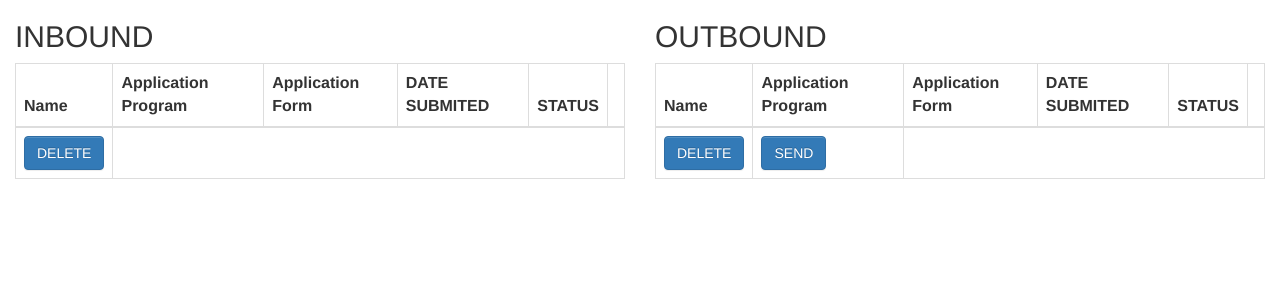
Repository: eunminhansoo/Oirp
Page: http://localhost/administrator.php
These files come from the project's save history. The page is drawn as it stood at one moment and after a run of saves; the edit follows.
The browser window is 1280 px wide. The pictures show the whole page.
The page is run by PHP 8.4 with error messages shown; the project is at /var/www/html/. Queries for data that is not in the repository find no rows.

Above is the page before, as saved 2018-03-26 09:17:30.
Console error (its wording comes from the project's code and is left out).

### OIRP_WEB/administrator.php
<?php
    include 'database_connection.php';
    //$sql_query = "SELECT * FROM student INNER JOIN educ_background_inbound ON student.STUDENT_ID = educ_background_inbound.STUDENT_ID";
    $sql_query = "SELECT * FROM admin_student_data a INNER JOIN student b ON a.STUDENT_ID = b.STUDENT_ID INNER JOIN educ_background_inbound c ON b.STUDENT_ID = c.STUDENT_ID";
    $query = mysqli_query($conn, $sql_query);

    $sql_query1 = "SELECT * FROM student INNER JOIN proposed_field_study ON student.STUDENT_ID = proposed_field_study.STUDENT_ID";
    $query1 = mysqli_query($conn, $sql_query1);

    $sql_query_in = "SELECT * FROM admin_student_data a INNER JOIN student b ON a.STUDENT_ID = b.STUDENT_ID INNER JOIN proposed_field_study c ON b.STUDENT_ID = c.STUDENT_ID";

    if(isset($_POST['delete_inbound'])){
    	$checkbox = $_POST['cb_single'];
    	for($i = 0 ; $i <count($checkbox);$i++){
    		$del_check = $checkbox[$i];
    		$query = mysqli_query($conn, "DELETE FROM student WHERE PROJECT_NAME = '$del_check'");
    	}
    	if($query){
    		 echo "<meta http-equiv=\"refresh\" content=\"0;URL=administrator.php\">";
    	}
    }

?>
<html>
    <head>
        <meta http-equiv="Content-Type" content="text/html; charset=UTF-8">
		<meta name="viewport" content="width = device-width, initial-scale = 1">
        <link rel="stylesheet" type="text/css" href="bootstrap-3.3.7-dist/css/bootstrap-theme.min.css">
        <link rel="stylesheet" type="text/css" href="bootstrap-3.3.7-dist/css/bootstrap-theme.css">
        <link rel="stylesheet" type="text/css" href="bootstrap-3.3.7-dist/css/bootstrap.min.css">
        <link rel="stylesheet" type="text/css" href="bootstrap-3.3.7-dist/css/bootstrap.css">
        <link rel="icon" href="img/ust.png" type="image/png" sizes="196x196">
    </head>
    <body>
        <script src="bootstrap-3.3.7-dist/js/bootstrap.min.js"></script>
		<script src="bootstrap-3.3.7-dist/js/jquery-3.3.1.min.js"></script>
        <script src="bootstrap-3.3.7-dist/js/jquery-3.3.1.min.js"></script>
        <div class="">
            <div class="col-xs-6">
                <h2>INBOUND</h2>
                <div class="table-responsive">
                    <table class="table table-striped table-bordered table-hover" id="tbl_student_in" >
                        <thead>
                            <tr>
                                <th>Name</th>
                                <th>Application Program</th>
                                <th>Application Form</th>
                                <th>DATE SUBMITED</th>
                                <th>STATUS</th>
                                <th></th>
                            </tr>
                        </thead>
                        <tfoot>
                        	<tr>
		                        <th><button type="submit" name="delete_inbound" class="btn btn-primary" >DELETE</button></th>
	                        </tr>
                        </tfoot>
                        <tbody>
                            <?php while($row = mysqli_fetch_array($query)){
                                $studentID = $row['STUDENT_ID'];
                                $fullname = $row['FAMILY_NAME'].", ".$row['GIVEN_NAME']." ".$row['MIDDLE_NAME'];
                                $ddate = $row['DATE_ENROLL'];
                                $date = new DateTime($ddate);
		                        $resultdate = $date->format('F j, Y,');
                            ?>
                            <tfoot>
                            <tr>
                                <td><?php echo "<a href=admin_student_application.php?studentName=".urlencode($studentID).">".$fullname."</a>" ?></td>
                                <td><?php echo $row['APPLICATION_PROG']; ?></td>
                                <td><?php echo $row['APPLICATION_TYPE_PROG'].": ".$row['APPLICATION_FORM']; ?></td>
                                <td><?php echo $resultdate ?></td>
                                <td></td>
                                <td><form method="post" ><input type="checkbox" name="cb_num[]" value="<?php $studentID ?> " ></form></td>
                            </tr>
                        <?php } ?>
                        </tfoot>
                        </tbody>
                    </table>
                </div>
            </div>
            <div class="col-xs-6">
                <h2>OUTBOUND</h2>
                <div class="table-responsive">
                    <table class="table table-striped table-bordered table-hover" id="tbl_student_in" >
                        <thead>
                            <tr>
                                <th>Name</th>
                                <th>Application Program</th>
                                <th>Application Form</th>
                                <th>DATE SUBMITED</th>
                                <th>STATUS</th>
                                <th></th>
                            </tr>
                        </thead>
                        <tfoot>
                        	<tr>
		                        <th><button type="submit" name="delete_outbound" class="btn btn-primary" >DELETE</button></th>
		                        <th><button type="submit" name="send_outbound" class="btn btn-primary">SEND</button></th>
	                        </tr>
                        </tfoot>
                        <tbody>
                            <?php while($row1 = mysqli_fetch_array($query1)){
                                $studentID1 = $row1['STUDENT_ID'];
                                $fullname1 = $row1['FAMILY_NAME'].", ".$row1['GIVEN_NAME']." ".$row1['MIDDLE_NAME'];
                                $ddate1 = $row1['DATE_ENROLL'];
                                $date1 = new DateTime($ddate1);
		                        $resultdate1 = $date1->format('F j, Y,');
                            ?>
                            <tr>
                                <td><?php echo "<a href=admin_student_application.php?studentName=".urlencode($studentID1).">".$fullname1."</a>" ?></td>
                                <td><?php echo $row1['APPLICATION_PROG']; ?></td>
                                <td><?php echo $row1['APPLICATION_TYPE_PROG'].": ".$row1['APPLICATION_FORM']; ?></td>
                                <td><?php echo $resultdate1 ?></td>
                                <td></td>
                                <td><form method="post" ><input type="checkbox" name="cb_num[]" value="<?php $studentID1 ?>" ></form></td>
                            </tr>
                        <?php } ?>
                        </tbody>

                    </table>
                </div>
            </div>
        </div>
    </body>
</html>

### OIRP_WEB/database_connection.php
<?php
	// $conn = mysqli_connect("localhost", "root", "");
    // $db = mysqli_select_db($conn, "");

    // if(!$db){
    // 	echo '<script>console.log("error connection to database")';
    // 	die();

    // }
    // echo '<script>console.log("you have connected successfully")</script>';

    $server = "localhost";
    $username = "root";
    $pass = "";
    $db = "oirp_db";

    $conn = new mysqli($server, $username, $pass, $db);

    if ($conn->connect_error) {
        die("Connection failed: " . $conn->connect_error);
    }
?>

Loaded but not shown: OIRP_WEB/bootstrap-3.3.7-dist/css/bootstrap-theme.min.css (library); OIRP_WEB/bootstrap-3.3.7-dist/css/bootstrap-theme.css (library); OIRP_WEB/bootstrap-3.3.7-dist/css/bootstrap.min.css (library); OIRP_WEB/bootstrap-3.3.7-dist/css/bootstrap.css (library); OIRP_WEB/bootstrap-3.3.7-dist/js/bootstrap.min.js (library); OIRP_WEB/bootstrap-3.3.7-dist/js/jquery-3.3.1.min.js (library)

After the next 2 saves:
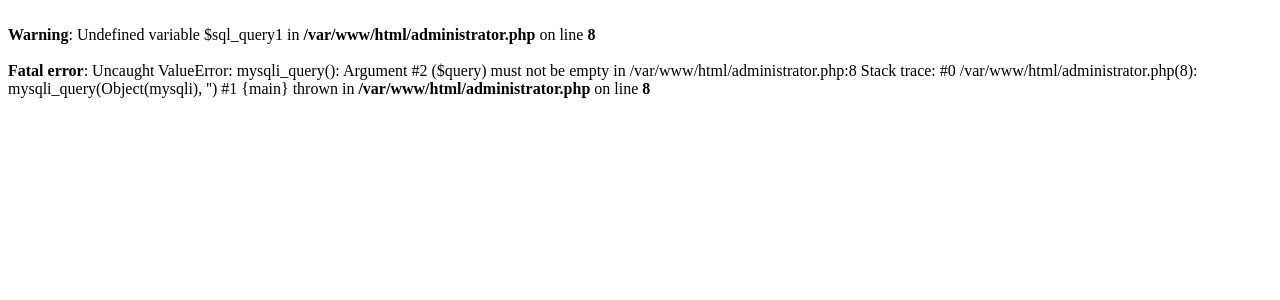
The error is gone.
The 2 saves are shown as one change because they came seconds apart.
The last was saved 6 min 59 s later.
--- a/OIRP_WEB/administrator.php
+++ b/OIRP_WEB/administrator.php
@@ -4,10 +4,10 @@
     $sql_query = "SELECT * FROM admin_student_data a INNER JOIN student b ON a.STUDENT_ID = b.STUDENT_ID INNER JOIN educ_background_inbound c ON b.STUDENT_ID = c.STUDENT_ID";
     $query = mysqli_query($conn, $sql_query);
 
-    $sql_query1 = "SELECT * FROM student INNER JOIN proposed_field_study ON student.STUDENT_ID = proposed_field_study.STUDENT_ID";
+    //$sql_query1 = "SELECT * FROM student INNER JOIN proposed_field_study ON student.STUDENT_ID = proposed_field_study.STUDENT_ID";
     $query1 = mysqli_query($conn, $sql_query1);
 
-    $sql_query_in = "SELECT * FROM admin_student_data a INNER JOIN student b ON a.STUDENT_ID = b.STUDENT_ID INNER JOIN proposed_field_study c ON b.STUDENT_ID = c.STUDENT_ID";
+    $sql_query1 = "SELECT * FROM admin_student_data a INNER JOIN student b ON a.STUDENT_ID = b.STUDENT_ID INNER JOIN proposed_field_study c ON b.STUDENT_ID = c.STUDENT_ID";
 
     if(isset($_POST['delete_inbound'])){
     	$checkbox = $_POST['cb_single'];
